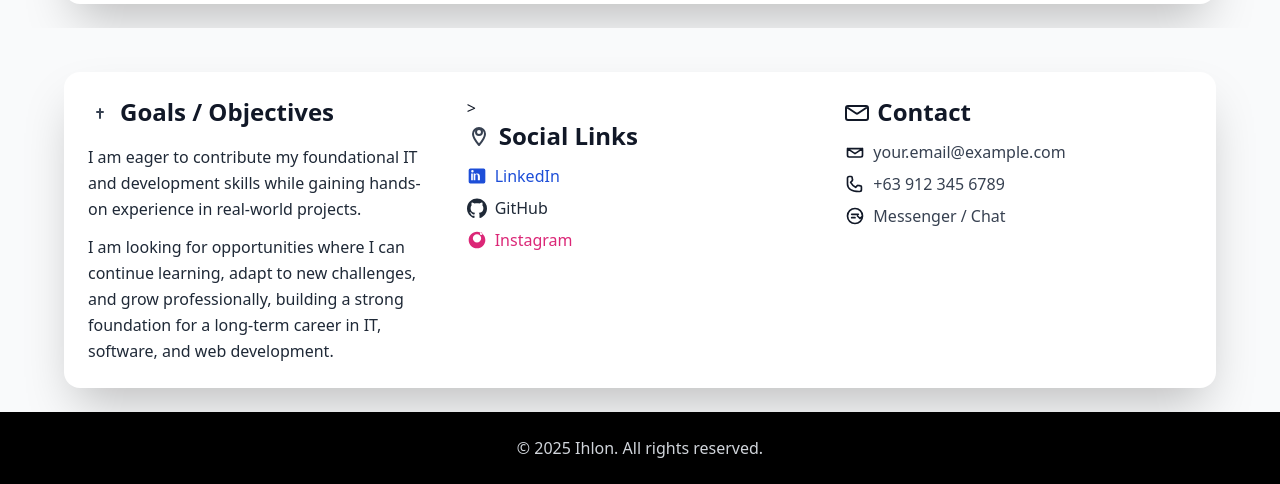
Repository: MeekSharkdev/cv-portfolio
Page: index.html
An editor plug-in stored every save of this project. The page is shown before and after a run of saves, followed by the edit.
The browser window is 1280 px wide. The pictures show the part of the page from y = 2336 to 2820 px (the page is 2820 px tall before and 2730 px after).
A picture or video elsewhere on the page could not be fetched, so the positions and the page height are approximate.

Above is the page before, as saved 2026-01-31 21:15:01.
Not found: styles.css

After the next 3 saves:
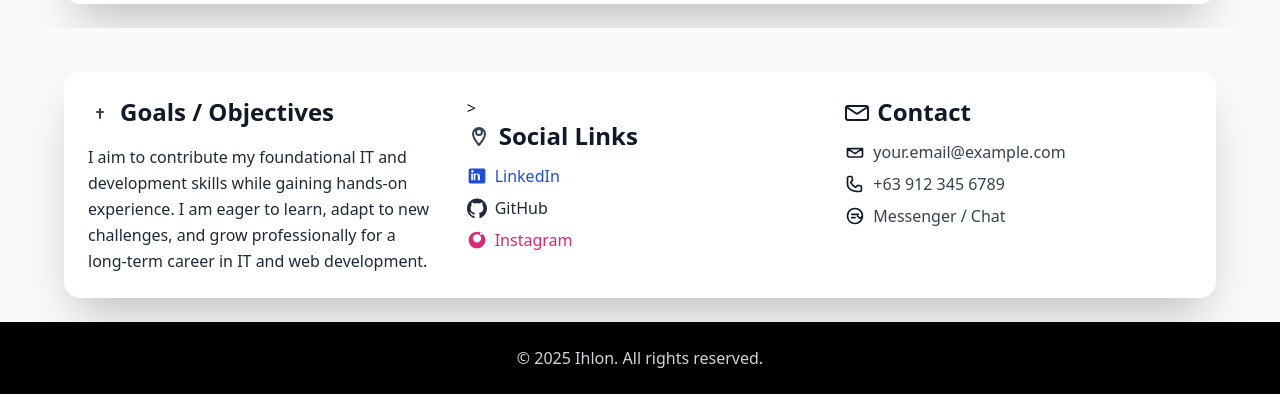
The 3 saves are shown as one change because they came seconds apart.
The last was saved 62 s later.
--- a/index.html
+++ b/index.html
@@ -372,14 +372,10 @@
                     </svg>
                     Goals / Objectives
                 </h2>
-        <p class="text-gray-800 text-base leading-relaxed max-w-2xl mx-auto mt-4">
-            I am eager to contribute my foundational IT and development skills while gaining hands-on experience in real-world
-            projects.
-
-            <span class="block mt-3">
-                I am looking for opportunities where I can continue learning, adapt to new challenges, and grow professionally,
-                building a strong foundation for a long-term career in IT, software, and web development.
-            </span>
+        <p class="text-gray-800 text-base leading-relaxed max-w-xl mx-auto mt-4">
+            I aim to contribute my foundational IT and development skills while gaining hands-on experience.
+            I am eager to learn, adapt to new challenges, and grow professionally for a long-term career in IT and web
+            development.
         </p>
 
 
